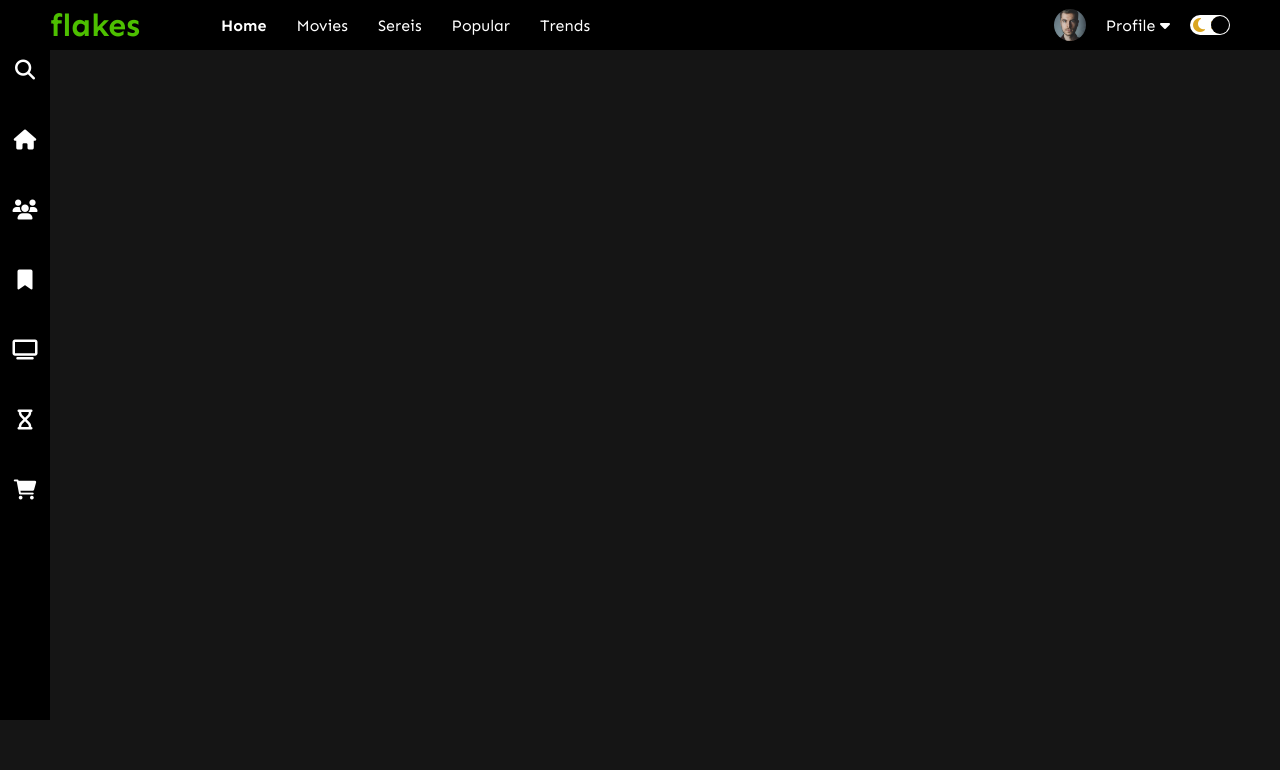
Repository: JulyK9/Movie-Website
Page: index.html
These files come from the project's save history. The page is drawn as it stood at one moment and after the next save; the edit follows.
The browser window is 1280 px wide. The pictures show the whole page.
Some web libraries are served in a nearby version.

Above is the page before, as saved 2022-07-03 22:34:12.

### index.html
<!DOCTYPE html>
<html lang="en">
<head>
    <meta charset="UTF-8">
    <meta http-equiv="X-UA-Compatible" content="IE=edge">
    <meta name="viewport" content="width=device-width, initial-scale=1.0">
    <title>Movie design</title>
    <link rel="stylesheet" href="style.css">

    <link rel="preconnect" href="https://fonts.googleapis.com">
    <link rel="preconnect" href="https://fonts.gstatic.com" crossorigin>
    <link href="https://fonts.googleapis.com/css2?family=Roboto:wght@100;300;400;500;700;900&family=Sen:wght@400;700;800&display=swap" rel="stylesheet">
    <link rel="stylesheet" href="https://cdnjs.cloudflare.com/ajax/libs/font-awesome/6.1.1/css/all.min.css">
</head>

<body>
    <nav class="navbar">
        <div class="navbar-container">
            <div class="logo-container"><h1 class="logo">flakes</h1></div>
            <div class="menu-container">
                <ul class="menu-list">
                    <li class="menu-list-item active">Home</li>
                    <li class="menu-list-item">Movies</li>
                    <li class="menu-list-item">Sereis</li>
                    <li class="menu-list-item">Popular</li>
                    <li class="menu-list-item">Trends</li>
                </ul>
            </div>
            <div class="profile-container">
                <img class="profile-picture" src="./img/profile.jpg" alt="profile">
                <div class="profile-text-container">
                    <span class="profile-text">Profile</span>
                    <i class="fa-solid fa-caret-down"></i>
                </div>
                <div class="toggle">
                    <i class="fa-solid fa-moon toggle-icon"></i>
                    <i class="fa-solid fa-sun toggle-icon"></i>
                    <div class="toggle-ball"></div>
                </div>
            </div>
        </div>
    </nav>
    <div class="sidebar">
        <i class="left-menu-icon fa-solid fa-magnifying-glass"></i>
        <i class="left-menu-icon fa-solid fa-house"></i>
        <i class="left-menu-icon fa-solid fa-users"></i>
        <i class="left-menu-icon fa-solid fa-bookmark"></i>
        <i class="left-menu-icon fa-solid fa-tv"></i>
        <i class="left-menu-icon fa-solid fa-hourglass"></i>
        <i class="left-menu-icon fa-solid fa-cart-shopping"></i>
    </div>
    <div class="container">
        <div class="content-container">
            asadf
        </div>
    </div>

</body>

</html>

### style.css
* {
    box-sizing: border-box;
    margin: 0;
    text-decoration: none;
    list-style: none;
}

body {
    font-family: 'Roboto', sans-serif;
    /* overflow: hidden; */
}

.navbar {
    width: 100%;
    height: 50px;
    background-color: black;
}

.navbar-container {
    height: 100%;
    display: flex;
    align-items: center;
    padding: 0 50px;
    color: white;
    font-family: 'Sen', sans-serif;
}

.logo-container {
    flex: 1;
}

.logo {
    font-size: 2rem;
    color: #4dbf00;
}

.menu-container {
    flex: 6;
}

.menu-list {
    display: flex;
    align-items: center;
}

.menu-list-item {
    margin-right: 30px;   /* item 간 간격 조정 */
}

.menu-list-item.active {  /* class 를 2개 부여해서 선택해 줌 */
    font-weight: bold;
}

.profile-container {
    flex: 2;
    display: flex;
    align-items: center;
    justify-content: flex-end;
}

.profile-picture {
    width: 32px;
    height: 32px;
    border-radius: 50%;
    object-fit: cover;   /* 가로세로 비율은 유지하면서 컨텐이너에 꽉 차게 설정 */
}

.toggle {
    width: 40px;
    height: 20px;
    background-color: white;
    border-radius: 30px;
    display: flex;
    justify-content: space-around;
    align-items: center;
    position: relative;  /* toggle-ball을 toggle내에서 움직이도록 설정 */
}

.toggle-icon {
    color: goldenrod;
}

.toggle-ball {
    width: 18px;
    height: 18px;
    background-color: black;
    border-radius: 50%;
    position: absolute;  /* 독립적이고 자유로운 배치권한 부여 */
    right: 1px;
    cursor: pointer;
}

.profile-text-container {
    margin: 0 20px;
}

.sidebar {
    width: 50px;
    height: 100%;
    background-color: black;
    position: fixed;   /* 스크롤바 생기는 부분 제거 및 사이드바 고정 */
    top: 0;     /* 사이드바 상단 고정 */
    display: flex;
    flex-direction: column;
    align-items: center;
    padding-top: 60px;  /* 전체적으로 상단에서 얼마나 떨어져 시작할건지 */
}

.left-menu-icon {
    color: white;
    font-size: 20px;
    margin-bottom: 50px;  /* 아이콘 간격을 얼마나 줄 것인가 */
}

.container {
    background-color: #151515;
    height: 100vh;
}

.content-container {
    color:
}

After the next save:
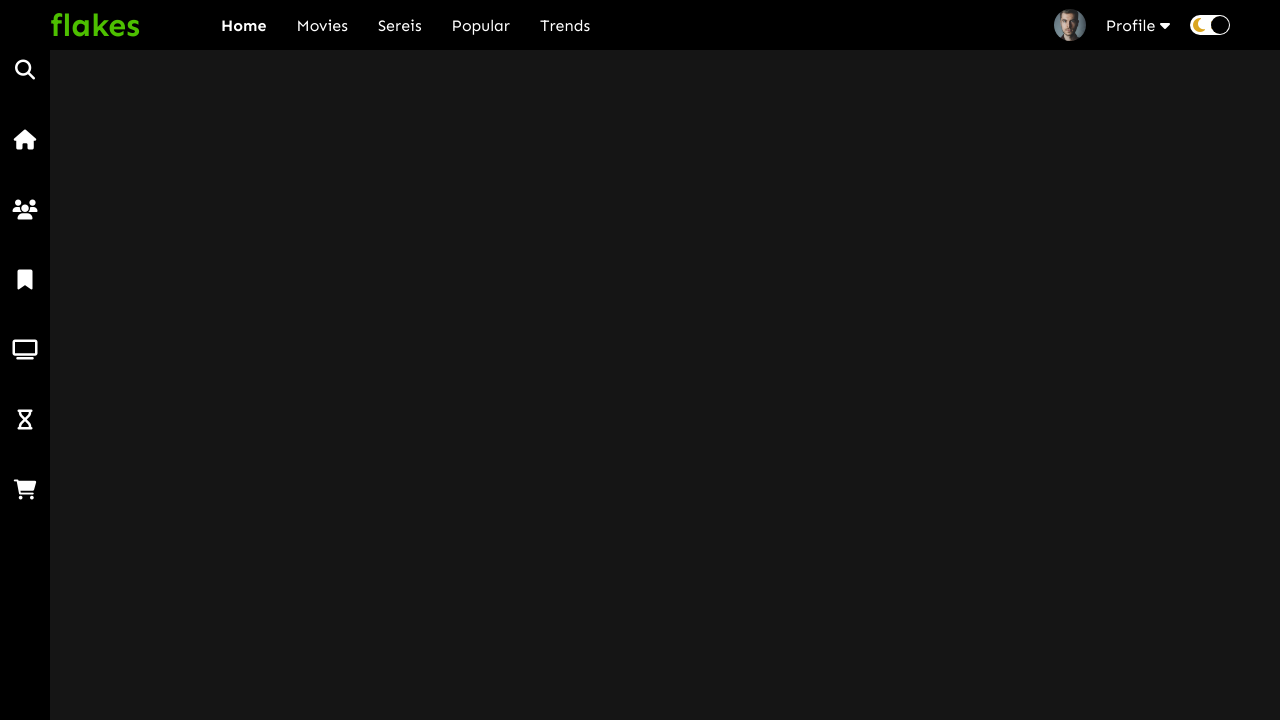
Saved 10 min 13 s later.
--- a/style.css
+++ b/style.css
@@ -114,7 +114,7 @@ body {
 
 .container {
     background-color: #151515;
-    height: 100vh;
+    height: calc(100vh - 50px);
 }
 
 .content-container {
